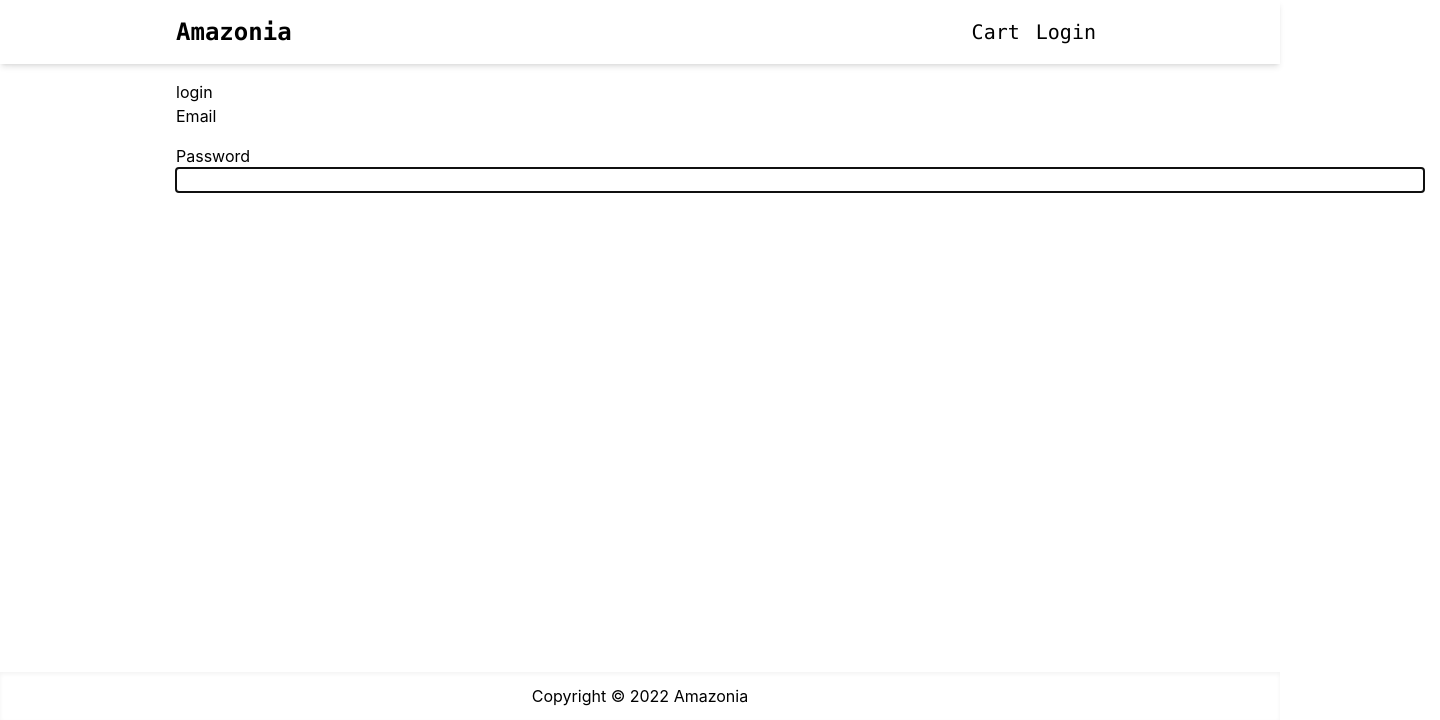
Repository: chidieb11/shop
Page: /login
These files come from the project's save history. The page is drawn as it stood at one moment and after a run of saves; the edit follows.
The browser window is 1280 px wide. The page is 1440 px wide, so the pictures cover 1440 px, including what lies to the right of the window. The pictures show the whole page.
The project was rebuilt for these pictures with package versions that can differ from the ones it lists, and the page was loaded fresh each time. The framework's server and built-in components were replaced by stand-ins that run in the browser. Also part of the build but not shown: next.config.js.

Above is the page before, as saved 2022-06-27 19:46:08.

After the next 2 saves:
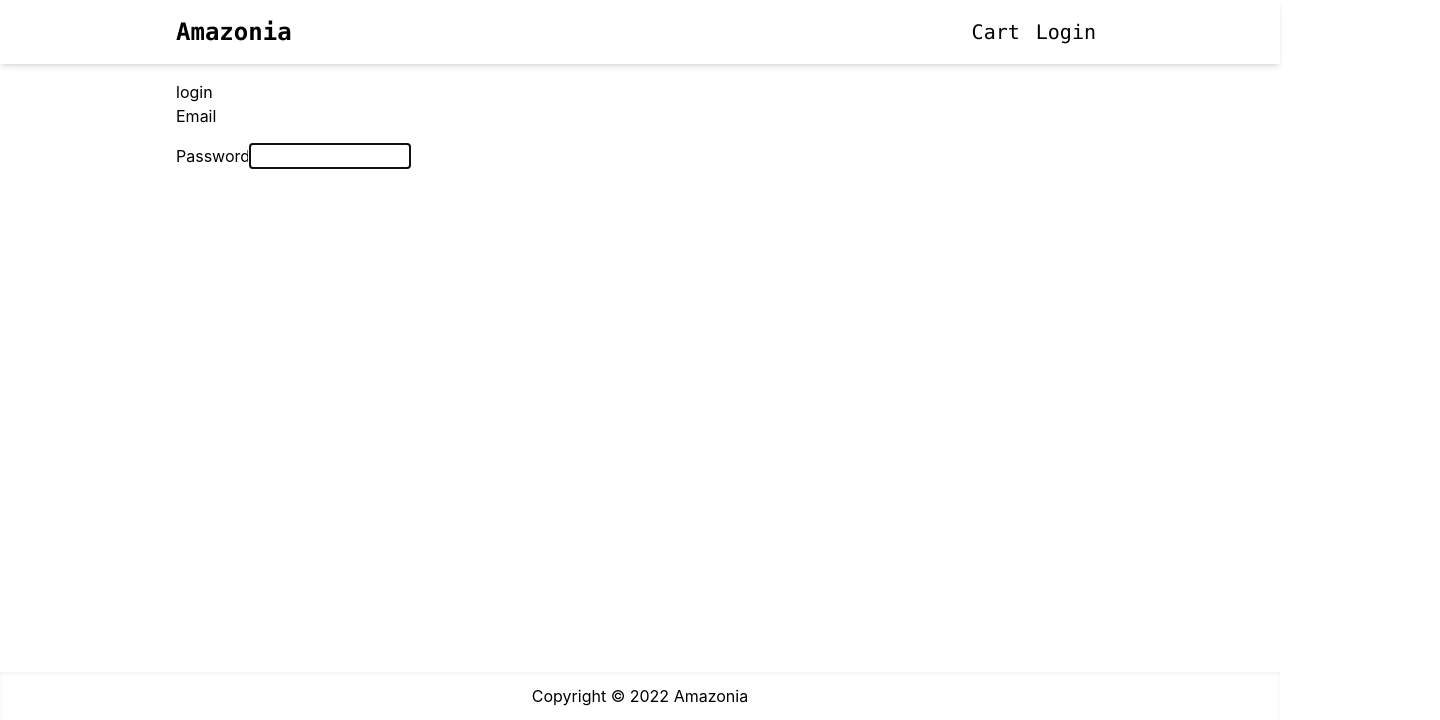
The 2 saves are shown as one change because they came seconds apart.
The last was saved 24 s later.
--- a/pages/login.js
+++ b/pages/login.js
@@ -45,7 +45,7 @@ const Login = () => {
                 message: "Password must be at least 6 characters long!",
               },
             })}
-            className="w-full"
+            className="w-40"
             id="password"
             autoFocus
           />
